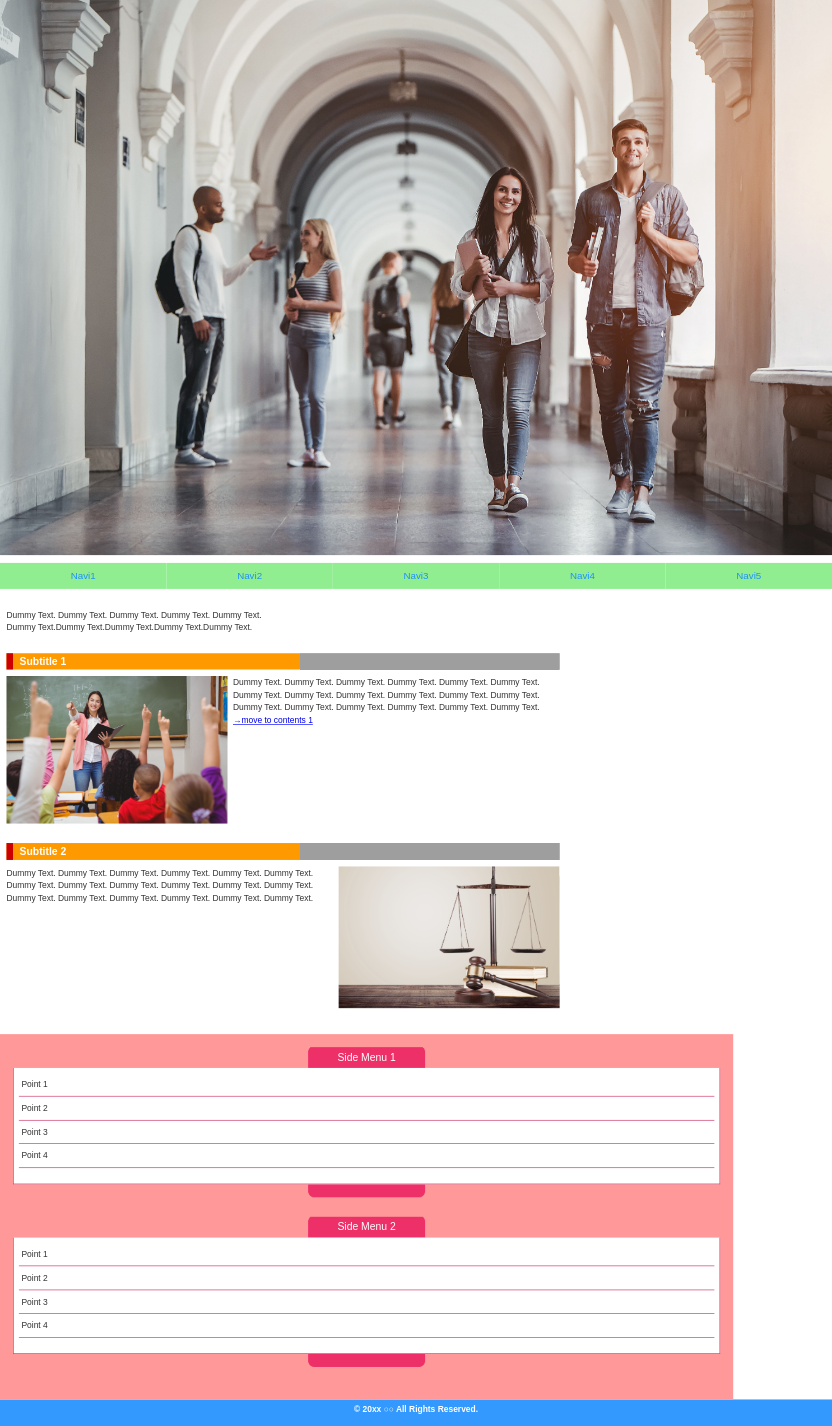
Repository: KW-0210/samurai_HTML-CSS
Page: home.html
The author's editor kept a record of every edit. The page is drawn from the files as they stood at one moment, then again after the next edit.
The browser window is 1280 px wide. The pictures show the whole page, at 65% of full size.
Pictures or frames that could not be fetched are drawn as grey boxes.

Above is the page before.

### home.html
<!DOCTYPE html>
<html lang="en">
<head>
    <meta charset="UTF-8">
    <title>Learn HTML n CSS</title>
    <link rel="stylesheet" href="stylesheet.css">
</head>
<body>
    <div id="header">
        <h1><a href="index.html"><img id="corridor" src="images/corridor.jpg" alt="corridor of university" /></a></h1>
    </div>
    <div id="wrapper">
        <div id="navi">
            <ul>
                <li><a href="home.html">Navi1</a></li>
                <li><a href="#">Navi2</a></li>
                <li><a href="#">Navi3</a></li>
                <li><a href="#">Navi4</a></li>
                <li><a href="#">Navi5</a></li>
            </ul>
        </div>
        <div id="container">
            <div id="main">
                <div class="post">
                    <p>Dummy Text. Dummy Text. Dummy Text. Dummy Text. Dummy Text.<br />Dummy Text.Dummy Text.Dummy Text.Dummy Text.Dummy Text.</p>
                </div>
                <div class="post clearfix">
                    <h2>Subtitle 1</h2>
                    <img class="left" src="images/classroom.jpg" alt="classroom" />
                    <p>
                        Dummy Text. Dummy Text. Dummy Text. Dummy Text. Dummy Text. Dummy Text. Dummy Text. Dummy Text. Dummy Text.
                        Dummy Text. Dummy Text. Dummy Text. Dummy Text. Dummy Text. Dummy Text. Dummy Text. Dummy Text. Dummy Text.
                    </p>
                    <p><a href="#">→move to contents 1</a></p>
                </div>
                <div class="post clearfix">
                    <h2>Subtitle 2</h2>
                    <img class="right" src="images/scale.jpg" alt="scale" />
                    <p>
                        Dummy Text. Dummy Text. Dummy Text. Dummy Text. Dummy Text. Dummy Text. Dummy Text. Dummy Text. Dummy Text.
                        Dummy Text. Dummy Text. Dummy Text. Dummy Text. Dummy Text. Dummy Text. Dummy Text. Dummy Text. Dummy Text.
                    </p>
                </div>
            </div>
        </div>
        <div id="side">
            <div class="box">
                <h2>Side Menu 1</h2>
                <div class="boxBody">
                    <ul>
                        <li>Point 1</li>
                        <li>Point 2</li>
                        <li>Point 3</li>
                        <li>Point 4</li>
                    </ul>
                </div>
            </div>
            <div class="box">
                <h2>Side Menu 2</h2>
                <div class="boxBody">
                    <ul>
                        <li>Point 1</li>
                        <li>Point 2</li>
                        <li>Point 3</li>
                        <li>Point 4</li>
                    </ul>
                </div>
            </div>
        </div>
    </div>
    <div id="footer">
        <p>&copy; 20xx ○○ All Rights Reserved.</p>
    </div>
</body>
</html>

### stylesheet.css
@charset "utf-8";

body {
	margin: 0;
	padding: 0;
	font-family: "ヒラギノ角ゴ Pro W3", "Hiragino Kaku Gothic Pro", "メイリオ", Meiryo, Osaka, "ＭＳ Ｐゴシック", "MS PGothic", sans-serif;
	color: #333;
	font-size: 13px;
	line-height: 150%;
}
#wrapper {
	width: 100%;
	margin: auto;
	padding: 0px;
	border: 0px;
	background-color: #FFF;
	top: 10px;
	position: relative;
}
#header {
	width:100%;
}
#header h1 {
	margin:0;
	padding:0;
}
#corridor {
	width:100%;
	height: auto;
}
#footer {
	clear: both;
	width: 100%;
	padding: 3px 0 3px 0;
	background: #39F;
	color: #FFF;
	font-weight: bold;
	text-align: center;
}
#navi {
	 width: 100%;
}
#navi ul {
	 display: flex;
	 margin: 0;
	 padding: 0;
	 list-style-type: none;
}
#navi ul li {
	 width: 20%;
	 text-align: center;
}
#navi ul li a {
	 display: block;
	 height: 20px;
	 margin: 0;
	 padding: 10px;
	 color: #1E90FF;
	 font-size: 15px;
	 text-decoration: none;
	 background-color: lightgreen;
}
#navi ul li a:hover {
	filter: drop-shadow(10px 10px 10px black);
}
#container {
	width: 100%;
	margin: auto ;
	padding: auto;
	padding-top: 20px;
	clear: both;
	display: grid;
	grid-template-columns: 70vw 30vw;
}
#main {
	width: 95%;
	padding: 10px 30px 10px 10px;
}
#main h2 {
	margin: 0 0 10px 0;
	padding: 3px 10px 3px 10px;
	color: #FFF;
	font-size: 16px;
	border-left: solid 10px #C00;
	background: #F90 url(../images/main_h2.jpg) right top repeat-y;
}
#main p {
	margin: 0;
	padding: 0;
}
#main .post {
	margin: 0 0 30px 0;
}

#main .post img.right {
	margin: 0 0 0 8px;
}
#main .post img.left {
	margin: 0 8px 0 0;
}

.right {
	float: right;
	width: 40%;
	height: auto;
}
.left {
	float: left;
	width: 40%;
	height: auto;
}
.clearfix {
	zoom: 1;
}
.clearfix:after{
	content: "";
	display: block;
	clear: both;
}
#side {
	width: 85%;
	padding: 20px;
	background-color: #F99;
}
#side .box {
	margin: 0 auto 30px auto;
	padding: 0 0 20px 0;
	background: url(images/side_box.png) bottom no-repeat;
}
#side .box h2 {
	margin: 0;
	padding: 8px;
	text-align: center;
	color: #fff;
	font-size: 16px;
	line-height: 16px;
	font-weight: normal;
	background: url(images/side_box_h2.png) center no-repeat;
}
#side .box .boxBody {
	padding: 8px;
	border-right: solid 1px #C36;
	border-bottom: solid 1px #C36;
	border-left: solid 1px #C36;
	background: #fff;
}
#side .box .boxBody ul {
	margin: 0 0 16px 0;
	padding: 0;
}
#side .box .boxBody ul li {
	padding: 8px 0 8px 4px;
	list-style: none;
	border-bottom: solid 1px #C36;
}
#side .box .boxBody ul li:hover {
	padding: 8px 0 8px 4px;
	list-style: none;
	border-bottom: solid 1px #C36;
	box-shadow: 0px 4px 4px rgba(0, 0, 0, 0.3);
}

After the next edit:
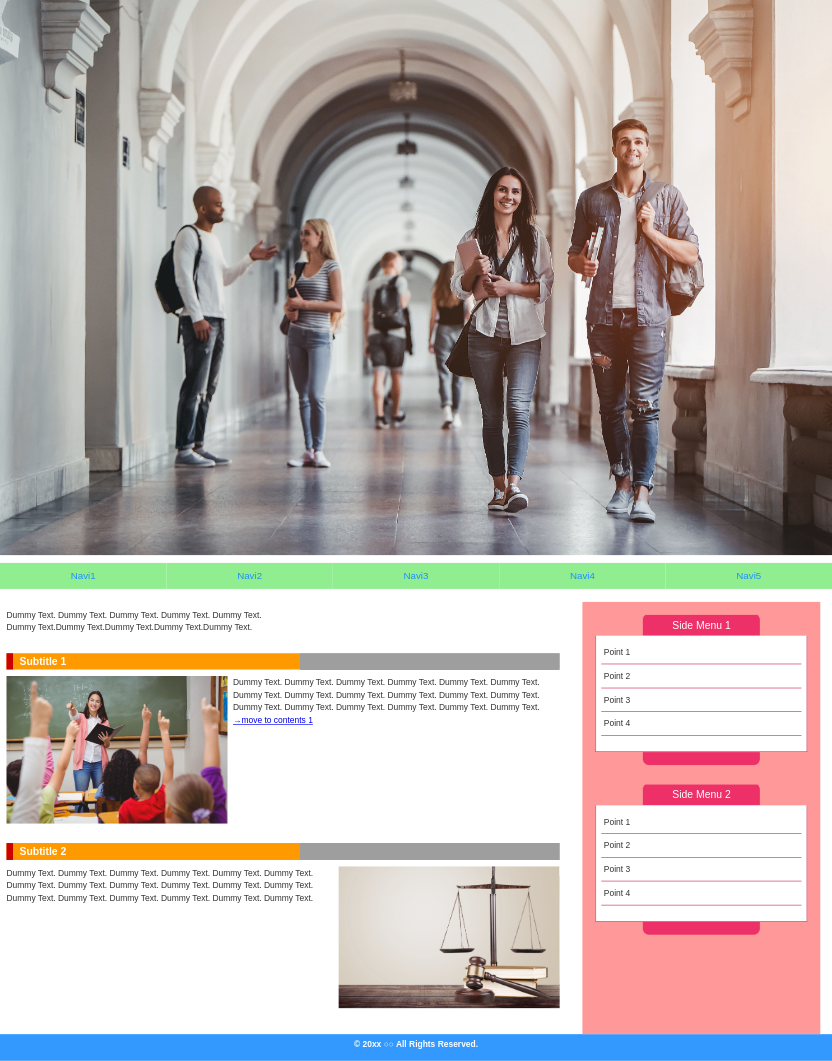
The edit:
--- a/home.html
+++ b/home.html
@@ -42,28 +42,28 @@
                     </p>
                 </div>
             </div>
-        </div>
-        <div id="side">
-            <div class="box">
-                <h2>Side Menu 1</h2>
-                <div class="boxBody">
-                    <ul>
-                        <li>Point 1</li>
-                        <li>Point 2</li>
-                        <li>Point 3</li>
-                        <li>Point 4</li>
-                    </ul>
+            <div id="side">
+                <div class="box">
+                    <h2>Side Menu 1</h2>
+                    <div class="boxBody">
+                        <ul>
+                            <li>Point 1</li>
+                            <li>Point 2</li>
+                            <li>Point 3</li>
+                            <li>Point 4</li>
+                        </ul>
+                    </div>
                 </div>
-            </div>
-            <div class="box">
-                <h2>Side Menu 2</h2>
-                <div class="boxBody">
-                    <ul>
-                        <li>Point 1</li>
-                        <li>Point 2</li>
-                        <li>Point 3</li>
-                        <li>Point 4</li>
-                    </ul>
+                <div class="box">
+                    <h2>Side Menu 2</h2>
+                    <div class="boxBody">
+                        <ul>
+                            <li>Point 1</li>
+                            <li>Point 2</li>
+                            <li>Point 3</li>
+                            <li>Point 4</li>
+                        </ul>
+                    </div>
                 </div>
             </div>
         </div>
